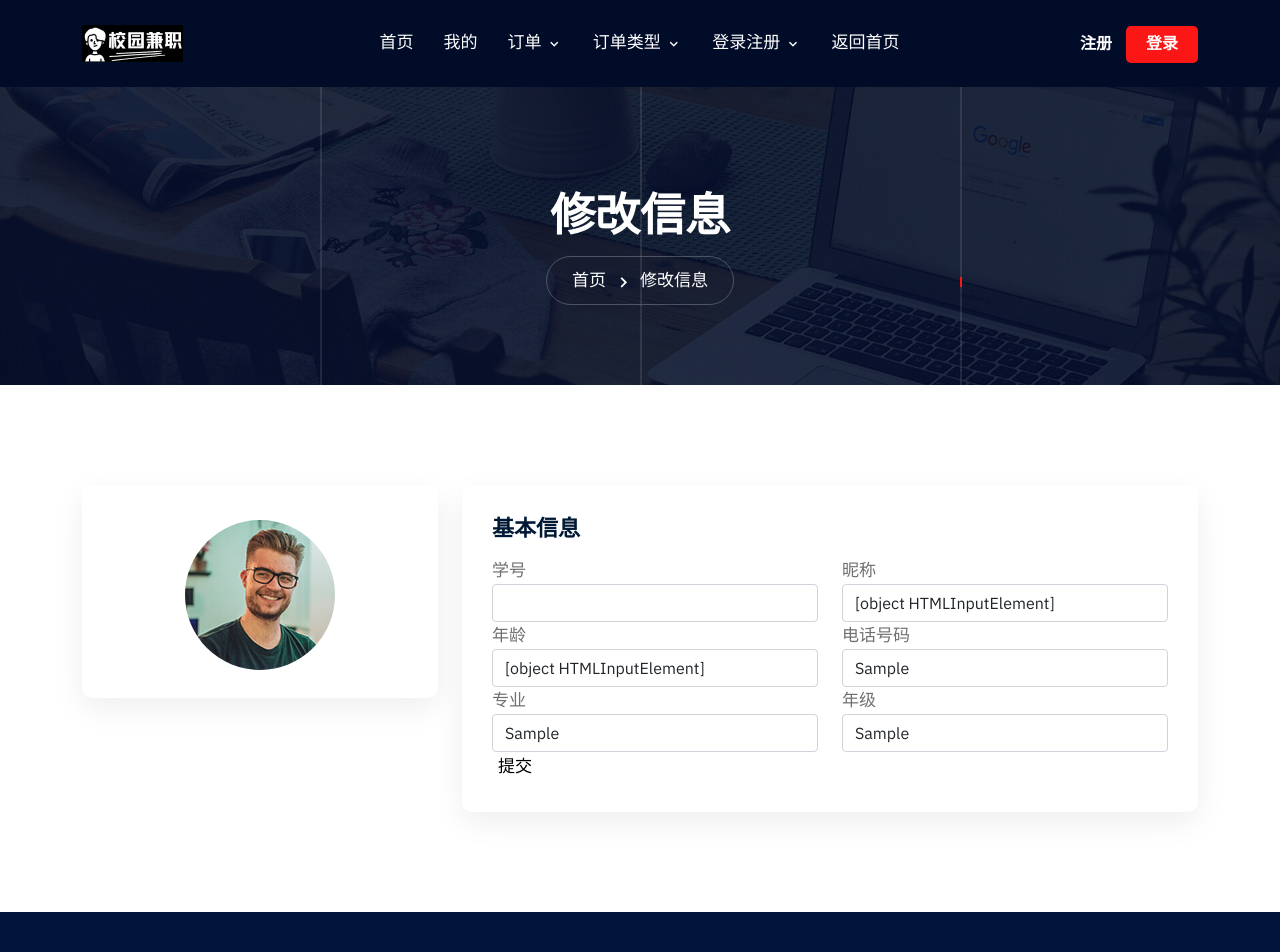
Repository: Aliceonly/Co-DecentralizedApplication
Page: html/change_user.html
The author's editor kept a copy of each file at every save. The page is drawn from the files as they stood at one save, then again after a run of saves.
The browser window is 1280 px wide. The pictures show the whole page.
Empty fields were first filled with sample values (such as "Sample", 5 or name@example.com).
After loading, the first visible `button.account-btn` was clicked once.

Above is the page before, as saved 2022-05-08 18:40:24.
Console error: TypeError: Cannot read properties of null (reading 'Account')

### html/change_user.html
<!doctype html>
<html lang="zxx">
<head>

<meta charset="utf-8">
<meta name="viewport" content="width=device-width, initial-scale=1, shrink-to-fit=no">

<link rel="stylesheet" href="static/css/bootstrap.min.css">

<link rel="stylesheet" href="static/css/owl.carousel.min.css">

<link rel="stylesheet" href="static/css/owl.theme.default.min.css">

<link rel="stylesheet" href="static/css/boxicon.min.css">

<link rel="stylesheet" href="static/css/flaticon.css">

<link rel="stylesheet" href="static/css/magnific-popup.css">

<link rel="stylesheet" href="static/css/meanmenu.css">

<link rel="stylesheet" href="static/css/nice-select.css">

<link rel="stylesheet" href="static/css/style.css">

<link rel="stylesheet" href="static/css/responsive.css">

<link rel="stylesheet" href="../static/css/sweetalert.css">

<title>Jovie - Job Board & Portal HTML Template</title>

</head>
<body>

<div class="loader-content">
<div class="d-table">
<div class="d-table-cell">
<div class="sk-circle">
<div class="sk-circle1 sk-child"></div>
<div class="sk-circle2 sk-child"></div>
<div class="sk-circle3 sk-child"></div>
<div class="sk-circle4 sk-child"></div>
<div class="sk-circle5 sk-child"></div>
<div class="sk-circle6 sk-child"></div>
<div class="sk-circle7 sk-child"></div>
<div class="sk-circle8 sk-child"></div>
<div class="sk-circle9 sk-child"></div>
<div class="sk-circle10 sk-child"></div>
<div class="sk-circle11 sk-child"></div>
<div class="sk-circle12 sk-child"></div>
</div>
</div>
</div>
</div>


<div class="navbar-area">

    <div class="mobile-nav">
        <a href="/" class="logo">
            <img src="static/picture/logo.png" alt="logo">
        </a>
    </div>


    <div class="main-nav">
        <div class="container">
        <nav class="navbar navbar-expand-lg navbar-light">
        <a class="navbar-brand" href="/">
        <img src="static/picture/logo.png" alt="logo">
        </a>
        <div class="collapse navbar-collapse mean-menu" id="navbarSupportedContent">
        <ul    class="navbar-nav m-auto">

        <li class="nav-item">
        <!-- <a href="#" class="nav-link dropdown-toggle active">Home</a> -->
        <li class="nav-item">
            <a href="/" class="nav-link">首页</a>
        </li>
        <li class="nav-item">
            <a href="account" class="nav-link">我的</a>
        </li>


        <li class="nav-item">
        <a href="#" class="nav-link dropdown-toggle">订单</a>
        <ul class="dropdown-menu">
        <li class="nav-item">
        <a href="/" class="nav-link">查看订单</a>
        </li>
        <li class="nav-item">
        <a href="post_job" class="nav-link">发布订单</a>
        </li>
        </ul>
        </li>
        <li class="nav-item">
        <a href="#" class="nav-link dropdown-toggle">订单类型</a>
        <ul class="dropdown-menu">
        <li class="nav-item">
        <a href="detail_campus" class="nav-link">校园兼职</a>
        </li>
        <li class="nav-item">
        <a href="detail_qukuilySend" class="nav-link">校园跑腿</a>
        </li>
        <li class="nav-item">
        <a href="detail_shared" class="nav-link">共享服务</a>
        </li>
        </ul>
        </li>

        <li id="in_up" class="nav-item">
        <a href="#" class="nav-link dropdown-toggle">登录注册</a>
        <ul class="dropdown-menu">
        <li class="nav-item">
        <a href="sign_in" class="nav-link">登录</a>
        </li>
        <li class="nav-item">
        <a href="sign_up" class="nav-link">注册</a>
        </li>
        <li class="nav-item">
        <!-- <a href="blog-details.html" class="nav-link">Blog Details</a> -->
        </li>
        </ul>
        </li>


        <li class="nav-item">
        <a href="/" class="nav-link">返回首页</a>
        </li>
        <!-- <li class="nav-item"> -->
        <!-- <a href="contact.html" class="nav-link">Contact Us</a> -->
        <!-- </li> -->
        </ul>


        <div class="other-option">
        <a href="sign_up" class="signup-btn">注册</a>
        <a href="sign_in" class="signin-btn">登录</a>
        </div>
        </div>
        </nav>
        </div>
        </div>
        </div>

        <section style="padding-bottom: 30px;" class="page-title title-bg12">
            <div style="position: relative;top: -50px;" class="d-table">
                <div class="d-table-cell">
                    <h2>修改信息</h2>
                    <ul>
                        <li>
                            <a href="/">首页</a>
                        </li>
                        <li>修改信息</li>
                    </ul>
                </div>
            </div>
            <div   class="lines">
                <div class="line"></div>
                <div class="line"></div>
                <div class="line"></div>
            </div>
        </section>

<section class="account-section ptb-100">
<div class="container">
<div class="row">
<div class="col-md-4">
<div class="account-information">
<div style="position: relative;top: 15px;" class="profile-thumb">
<img src="static/picture/account.jpg" alt="account holder image">
<h6 id="Account"></h6>
</div>
</div>
</div>
<div class="col-md-8">
<div class="account-details">
<h3>基本信息</h3>
<!-- <form class="basic-info"> -->
<div class="row">
<div class="col-md-6">
<div class="form-group">
 <label>学号</label>
<input type="number" class="form-control" id="Sid">
</div>
</div>
<div class="col-md-6">
<div class="form-group">
<label>昵称</label>
<input type="text" class="form-control"  id="Sname">
</div>
</div>
<div class="col-md-6">
<div class="form-group">
<label>年龄</label>
<input type="text" class="form-control" id="Sage" >
</div>
</div>
<div class="col-md-6">
<div class="form-group">
<label>电话号码</label>
<input type="text" class="form-control" id="Tele">
</div>
</div>
<div class="col-md-6">
<div class="form-group">
<label>专业</label>
<input type="text" class="form-control" id="Major">
</div>
</div>
<div class="col-md-6">
<div class="form-group">
<label>年级</label>
<input type="text" class="form-control" id="Grade">
</div>
</div>
<div class="col-md-12">
<button onclick="change_user_info()" class="account-btn">提交</button>
</div>
</div>
<!-- </form> -->
</div>
</div>
</div>
</div>
</section>


<div class="copyright-text text-center">
<p> <a target="_blank" href="https://sc.chinaz.com/moban/"> </a></p>
</div>


<div class="top-btn">
<i class='bx bx-chevrons-up bx-fade-up'></i>
</div>


<script data-cfasync="false" src="../static/js/email-decode.min.js"></script><script src="../static/js/jquery.min.js"></script>
<script src="../static/js/bootstrap.bundle.min.js"></script>

<script src="../static/js/owl.carousel.min.js"></script>

<script src="../static/js/jquery.nice-select.min.js"></script>

<script src="../static/js/jquery.magnific-popup.min.js"></script>

<script src="../static/js/jquery.ajaxchimp.min.js"></script>

<script src="../static/js/form-validator.min.js"></script>

<script src="../static/js/contact-form-script.js"></script>

<script src="../static/js/meanmenu.js"></script>

<script src="../static/js/custom.js"></script>

<script src="../static/web3.js/change_user.js"></script>

<script src="../static/js/sweetalert.min.js"></script>
</body>
</html>

### static/css/flaticon.css
@font-face{font-family:flaticon;src:url(../font/Flaticon.eot);src:url(../font/Flaticon.eot) format("embedded-opentype"),url(../font/Flaticon.woff2) format("woff2"),url(../font/Flaticon.woff) format("woff"),url(https://templates.hibootstrap.com/jovie/default/assets/fonts/flaticon/Flaticon.ttf) format("truetype"),url(https://templates.hibootstrap.com/jovie/default/assets/fonts/flaticon/Flaticon.svg) format("svg");font-weight:400;font-style:normal}@media screen and (-webkit-min-device-pixel-ratio:0){@font-face{font-family:flaticon;src:url(https://templates.hibootstrap.com/jovie/default/assets/fonts/flaticon/Flaticon.svg) format("svg")}}[class^=flaticon-]:before,[class*=" flaticon-"]:before,[class^=flaticon-]:after,[class*=" flaticon-"]:after{font-family:Flaticon;font-style:normal}.flaticon-accounting:before{content:"\f100"}.flaticon-graduation-cap:before{content:"\f101"}.flaticon-wrench-and-screwdriver-in-cross:before{content:"\f102"}.flaticon-consultation:before{content:"\f103"}.flaticon-heart:before{content:"\f104"}.flaticon-computer:before{content:"\f105"}.flaticon-worker:before{content:"\f106"}.flaticon-auction:before{content:"\f107"}.flaticon-website:before{content:"\f108"}.flaticon-recruitment:before{content:"\f109"}.flaticon-login:before{content:"\f10a"}.flaticon-group:before{content:"\f10b"}.flaticon-discussion:before{content:"\f10c"}.flaticon-research:before{content:"\f10d"}.flaticon-user:before{content:"\f10e"}.flaticon-left-quotes-sign:before{content:"\f10f"}.flaticon-resume:before{content:"\f110"}.flaticon-employee:before{content:"\f111"}.flaticon-portfolio:before{contesignin-form

### static/web3.js/change_user.js
data = JSON.parse(sessionStorage.getItem('QueryUser'));
console.log(data);
Account = data.Account
Sid = data.Sid
Sname= data.Sname
Sage = data.Sage
Telephone = data.Telephone
Major = data.Major
Grade = data.Grade
document.getElementById("Account").innerHTML = Account;
document.getElementById("Sid").value=Sid
document.getElementById("Sname").value=Sname
document.getElementById("Sage").value=Sage
document.getElementById("Tele").value=Telephone
document.getElementById("Major").value=Major
document.getElementById("Grade").value=Grade

function change_user_info() {
    document.getElementById("Account").innerHTML ;
    document.getElementById("Sid").value=Sid
    document.getElementById("Sname").value=Sname
    document.getElementById("Sage").value=Sage
    document.getElementById("Tele").value=Telephone
    document.getElementById("Major").value=Major
    document.getElementById("Grade").value=Grade
    $.ajax({
        method: "post",
        url: "http://localhost:8080/dapp/change_user_info",
        data: { Account: Account, Sid: Sid, Sname: Sname, Sage: Sage, Telephone: Telephone, Major: Major, Grade: Grade},
        success: function (data) {
            if(data.data==1){
                swal("Good!", "修改成功", "success");
            }
        },
        error: function (data) {
            console.log("error====>", error)
            console.log("error data===>", data)
        }
    })
}

### static/css/css.css
/* tamil */
@font-face {
  font-family: 'Catamaran';
  font-style: normal;
  font-weight: 400;
  font-display: swap;
  src: url(../font/o-0IIpQoyXQa2RxT7-5r8zRAW_0.woff2) format('woff2');
  unicode-range: U+0964-0965, U+0B82-0BFA, U+200C-200D, U+20B9, U+25CC;
}
/* latin-ext */
@font-face {
  font-family: 'Catamaran';
  font-style: normal;
  font-weight: 400;
  font-display: swap;
  src: url(../font/o-0IIpQoyXQa2RxT7-5r6zRAW_0.woff2) format('woff2');
  unicode-range: U+0100-024F, U+0259, U+1E00-1EFF, U+2020, U+20A0-20AB, U+20AD-20CF, U+2113, U+2C60-2C7F, U+A720-A7FF;
}
/* latin */
@font-face {
  font-family: 'Catamaran';
  font-style: normal;
  font-weight: 400;
  font-display: swap;
  src: url(../font/o-0IIpQoyXQa2RxT7-5r5TRA.woff2) format('woff2');
  unicode-range: U+0000-00FF, U+0131, U+0152-0153, U+02BB-02BC, U+02C6, U+02DA, U+02DC, U+2000-206F, U+2074, U+20AC, U+2122, U+2191, U+2193, U+2212, U+2215, U+FEFF, U+FFFD;
}
/* tamil */
@font-face {
  font-family: 'Catamaran';
  font-style: normal;
  font-weight: 600;
  font-display: swap;
  src: url(../font/o-0IIpQoyXQa2RxT7-5r8zRAW_0.woff2) format('woff2');
  unicode-range: U+0964-0965, U+0B82-0BFA, U+200C-200D, U+20B9, U+25CC;
}
/* latin-ext */
@font-face {
  font-family: 'Catamaran';
  font-style: normal;
  font-weight: 600;
  font-display: swap;
  src: url(../font/o-0IIpQoyXQa2RxT7-5r6zRAW_0.woff2) format('woff2');
  unicode-range: U+0100-024F, U+0259, U+1E00-1EFF, U+2020, U+20A0-20AB, U+20AD-20CF, U+2113, U+2C60-2C7F, U+A720-A7FF;
}
/* latin */
@font-face {
  font-family: 'Catamaran';
  font-style: normal;
  font-weight: 600;
  font-display: swap;
  src: url(../font/o-0IIpQoyXQa2RxT7-5r5TRA.woff2) format('woff2');
  unicode-range: U+0000-00FF, U+0131, U+0152-0153, U+02BB-02BC, U+02C6, U+02DA, U+02DC, U+2000-206F, U+2074, U+20AC, U+2122, U+2191, U+2193, U+2212, U+2215, U+FEFF, U+FFFD;
}
/* cyrillic-ext */
@font-face {
  font-family: 'IBM Plex Sans';
  font-style: italic;
  font-weight: 500;
  font-display: swap;
  src: url(../font/zYX7KVElMYYaJe8bpLHnCwDKhdTm5IVce_fuNmo.woff2) format('woff2');
  unicode-range: U+0460-052F, U+1C80-1C88, U+20B4, U+2DE0-2DFF, U+A640-A69F, U+FE2E-FE2F;
}
/* cyrillic */
@font-face {
  font-family: 'IBM Plex Sans';
  font-style: italic;
  font-weight: 500;
  font-display: swap;
  src: url(../font/zYX7KVElMYYaJe8bpLHnCwDKhdTm5IVccvfuNmo.woff2) format('woff2');
  unicode-range: U+0400-045F, U+0490-0491, U+04B0-04B1, U+2116;
}
/* greek */
@font-face {
  font-family: 'IBM Plex Sans';
  font-style: italic;
  font-weight: 500;
  font-display: swap;
  src: url(../font/zYX7KVElMYYaJe8bpLHnCwDKhdTm5IVcdffuNmo.woff2) format('woff2');
  unicode-range: U+0370-03FF;
}
/* vietnamese */
@font-face {
  font-family: 'IBM Plex Sans';
  font-style: italic;
  font-weight: 500;
  font-display: swap;
  src: url(../font/zYX7KVElMYYaJe8bpLHnCwDKhdTm5IVceffuNmo.woff2) format('woff2');
  unicode-range: U+0102-0103, U+0110-0111, U+0128-0129, U+0168-0169, U+01A0-01A1, U+01AF-01B0, U+1EA0-1EF9, U+20AB;
}
/* latin-ext */
@font-face {
  font-family: 'IBM Plex Sans';
  font-style: italic;
  font-weight: 500;
  font-display: swap;
  src: url(../font/zYX7KVElMYYaJe8bpLHnCwDKhdTm5IVcePfuNmo.woff2) format('woff2');
  unicode-range: U+0100-024F, U+0259, U+1E00-1EFF, U+2020, U+20A0-20AB, U+20AD-20CF, U+2113, U+2C60-2C7F, U+A720-A7FF;
}
/* latin */
@font-face {
  font-family: 'IBM Plex Sans';
  font-style: italic;
  font-weight: 500;
  font-display: swap;
  src: url(../font/zYX7KVElMYYaJe8bpLHnCwDKhdTm5IVcdvfu.woff2) format('woff2');
  unicode-range: U+0000-00FF, U+0131, U+0152-0153, U+02BB-02BC, U+02C6, U+02DA, U+02DC, U+2000-206F, U+2074, U+20AC, U+2122, U+2191, U+2193, U+2212, U+2215, U+FEFF, U+FFFD;
}
/* cyrillic-ext */
@font-face {
  font-family: 'IBM Plex Sans';
  font-style: normal;
  font-weight: 400;
  font-display: swap;
  src: url(../font/zYXgKVElMYYaJe8bpLHnCwDKhdzeFb5N.woff2) format('woff2');
  unicode-range: U+0460-052F, U+1C80-1C88, U+20B4, U+2DE0-2DFF, U+A640-A69F, U+FE2E-FE2F;
}
/* cyrillic */
@font-face {
  font-family: 'IBM Plex Sans';
  font-style: normal;
  font-weight: 400;
  font-display: swap;
  src: url(../font/zYXgKVElMYYaJe8bpLHnCwDKhdXeFb5N.woff2) format('woff2');
  unicode-range: U+0400-045F, U+0490-0491, U+04B0-04B1, U+2116;
}
/* greek */
@font-face {
  font-family: 'IBM Plex Sans';
  font-style: normal;
  font-weight: 400;
  font-display: swap;
  src: url(../font/zYXgKVElMYYaJe8bpLHnCwDKhdLeFb5N.woff2) format('woff2');
  unicode-range: U+0370-03FF;
}
/* vietnamese */
@font-face {
  font-family: 'IBM Plex Sans';
  font-style: normal;
  font-weight: 400;
  font-display: swap;
  src: url(../font/zYXgKVElMYYaJe8bpLHnCwDKhd7eFb5N.woff2) format('woff2');
  unicode-range: U+0102-0103, U+0110-0111, U+0128-0129, U+0168-0169, U+01A0-01A1, U+01AF-01B0, U+1EA0-1EF9, U+20AB;
}
/* latin-ext */
@font-face {
  font-family: 'IBM Plex Sans';
  font-style: normal;
  font-weight: 400;
  font-display: swap;
  src: url(../font/zYXgKVElMYYaJe8bpLHnCwDKhd_eFb5N.woff2) format('woff2');
  unicode-range: U+0100-024F, U+0259, U+1E00-1EFF, U+2020, U+20A0-20AB, U+20AD-20CF, U+2113, U+2C60-2C7F, U+A720-A7FF;
}
/* latin */
@font-face {
  font-family: 'IBM Plex Sans';
  font-style: normal;
  font-weight: 400;
  font-display: swap;
  src: url(../font/zYXgKVElMYYaJe8bpLHnCwDKhdHeFQ.woff2) format('woff2');
  unicode-range: U+0000-00FF, U+0131, U+0152-0153, U+02BB-02BC, U+02C6, U+02DA, U+02DC, U+2000-206F, U+2074, U+20AC, U+2122, U+2191, U+2193, U+2212, U+2215, U+FEFF, U+FFFD;
}
/* cyrillic-ext */
@font-face {
  font-family: 'IBM Plex Sans';
  font-style: normal;
  font-weight: 500;
  font-display: swap;
  src: url(../font/zYX9KVElMYYaJe8bpLHnCwDKjSL9AIxsdO_q.woff2) format('woff2');
  unicode-range: U+0460-052F, U+1C80-1C88, U+20B4, U+2DE0-2DFF, U+A640-A69F, U+FE2E-FE2F;
}
/* cyrillic */
@font-face {
  font-family: 'IBM Plex Sans';
  font-style: normal;
  font-weight: 500;
  font-display: swap;
  src: url(../font/zYX9KVElMYYaJe8bpLHnCwDKjSL9AIVsdO_q.woff2) format('woff2');
  unicode-range: U+0400-045F, U+0490-0491, U+04B0-04B1, U+2116;
}
/* greek */
@font-face {
  font-family: 'IBM Plex Sans';
  font-style: normal;
  font-weight: 500;
  font-display: swap;
  src: url(../font/zYX9KVElMYYaJe8bpLHnCwDKjSL9AIJsdO_q.woff2) format('woff2');
  unicode-range: U+0370-03FF;
}
/* vietnamese */
@font-face {
  font-family: 'IBM Plex Sans';
  font-style: normal;
  font-weight: 500;
  font-display: swap;
  src: url(../font/zYX9KVElMYYaJe8bpLHnCwDKjSL9AI5sdO_q.woff2) format('woff2');
  unicode-range: U+0102-0103, U+0110-0111, U+0128-0129, U+0168-0169, U+01A0-01A1, U+01AF-01B0, U+1EA0-1EF9, U+20AB;
}
/* latin-ext */
@font-face {
  font-family: 'IBM Plex Sans';
  font-style: normal;
  font-weight: 500;
  font-display: swap;
  src: url(../font/zYX9KVElMYYaJe8bpLHnCwDKjSL9AI9sdO_q.woff2) format('woff2');
  unicode-range: U+0100-024F, U+0259, U+1E00-1EFF, U+2020, U+20A0-20AB, U+20AD-20CF, U+2113, U+2C60-2C7F, U+A720-A7FF;
}
/* latin */
@font-face {
  font-family: 'IBM Plex Sans';
  font-style: normal;
  font-weight: 500;
  font-display: swap;
  src: url(../font/zYX9KVElMYYaJe8bpLHnCwDKjSL9AIFsdA.woff2) format('woff2');
  unicode-range: U+0000-00FF, U+0131, U+0152-0153, U+02BB-02BC, U+02C6, U+02DA, U+02DC, U+2000-206F, U+2074, U+20AC, U+2122, U+2191, U+2193, U+2212, U+2215, U+FEFF, U+FFFD;
}
/* cyrillic-ext */
@font-face {
  font-family: 'IBM Plex Sans';
  font-style: normal;
  font-weight: 600;
  font-display: swap;
  src: url(../font/zYX9KVElMYYaJe8bpLHnCwDKjQ76AIxsdO_q.woff2) format('woff2');
  unicode-range: U+0460-052F, U+1C80-1C88, U+20B4, U+2DE0-2DFF, U+A640-A69F, U+FE2E-FE2F;
}
/* cyrillic */
@font-face {
  font-family: 'IBM Plex Sans';
  font-style: normal;
  font-weight: 600;
  font-display: swap;
  src: url(../font/zYX9KVElMYYaJe8bpLHnCwDKjQ76AIVsdO_q.woff2) format('woff2');
  unicode-range: U+0400-045F, U+0490-0491, U+04B0-04B1, U+2116;
}
/* greek */
@font-face {
  font-family: 'IBM Plex Sans';
  font-style: normal;
  font-weight: 600;
  font-display: swap;
  src: url(../font/zYX9KVElMYYaJe8bpLHnCwDKjQ76AIJsdO_q.woff2) format('woff2');
  unicode-range: U+0370-03FF;
}
/* vietnamese */
@font-face {
  font-family: 'IBM Plex Sans';
  font-style: normal;
  font-weight: 600;
  font-display: swap;
  src: url(../font/zYX9KVElMYYaJe8bpLHnCwDKjQ76AI5sdO_q.woff2) format('woff2');
  unicode-range: U+0102-0103, U+0110-0111, U+0128-0129, U+0168-0169, U+01A0-01A1, U+01AF-01B0, U+1EA0-1EF9, U+20AB;
}
/* latin-ext */
@font-face {
  font-family: 'IBM Plex Sans';
  font-style: normal;
  font-weight: 600;
  font-display: swap;
  src: url(../font/zYX9KVElMYYaJe8bpLHnCwDKjQ76AI9sdO_q.woff2) format('woff2');
  unicode-range: U+0100-024F, U+0259, U+1E00-1EFF, U+2020, U+20A0-20AB, U+20AD-20CF, U+2113, U+2C60-2C7F, U+A720-A7FF;
}
/* latin */
@font-face {
  font-family: 'IBM Plex Sans';
  font-style: normal;
  font-weight: 600;
  font-display: swap;
  src: url(../font/zYX9KVElMYYaJe8bpLHnCwDKjQ76AIFsdA.woff2) format('woff2');
  unicode-range: U+0000-00FF, U+0131, U+0152-0153, U+02BB-02BC, U+02C6, U+02DA, U+02DC, U+2000-206F, U+2074, U+20AC, U+2122, U+2191, U+2193, U+2212, U+2215, U+FEFF, U+FFFD;
}
/* cyrillic-ext */
@font-face {
  font-family: 'IBM Plex Sans';
  font-style: normal;
  font-weight: 700;
  font-display: swap;
  src: url(../font/zYX9KVElMYYaJe8bpLHnCwDKjWr7AIxsdO_q.woff2) format('woff2');
  unicode-range: U+0460-052F, U+1C80-1C88, U+20B4, U+2DE0-2DFF, U+A640-A69F, U+FE2E-FE2F;
}
/* cyrillic */
@font-face {
  font-family: 'IBM Plex Sans';
  font-style: normal;
  font-weight: 700;
  font-display: swap;
  src: url(../font/zYX9KVElMYYaJe8bpLHnCwDKjWr7AIVsdO_q.woff2) format('woff2');
  unicode-range: U+0400-045F, U+0490-0491, U+04B0-04B1, U+2116;
}
/* greek */
@font-face {
  font-family: 'IBM Plex Sans';
  font-style: normal;
  font-weight: 700;
  font-display: swap;
  src: url(../font/zYX9KVElMYYaJe8bpLHnCwDKjWr7AIJsdO_q.woff2) format('woff2');
  unicode-range: U+0370-03FF;
}
/* vietnamese */
@font-face {
  font-family: 'IBM Plex Sans';
  font-style: normal;
  font-weight: 700;
  font-display: swap;
  src: url(../font/zYX9KVElMYYaJe8bpLHnCwDKjWr7AI5sdO_q.woff2) format('woff2');
  unicode-range: U+0102-0103, U+0110-0111, U+0128-0129, U+0168-0169, U+01A0-01A1, U+01AF-01B0, U+1EA0-1EF9, U+20AB;
}
/* latin-ext */
@font-face {
  font-family: 'IBM Plex Sans';
  font-style: normal;
  font-weight: 700;
  font-display: swap;
  src: url(../font/zYX9KVElMYYaJe8bpLHnCwDKjWr7AI9sdO_q.woff2) format('woff2');
  unicode-range: U+0100-024F, U+0259, U+1E00-1EFF, U+2020, U+20A0-20AB, U+20AD-20CF, U+2113, U+2C60-2C7F, U+A720-A7FF;
}
/* latin */
@font-face {
  font-family: 'IBM Plex Sans';
  font-style: normal;
  font-weight: 700;
  font-display: swap;
  src: url(../font/zYX9KVElMYYaJe8bpLHnCwDKjWr7AIFsdA.woff2) format('woff2');
  unicode-range: U+0000-00FF, U+0131, U+0152-0153, U+02BB-02BC, U+02C6, U+02DA, U+02DC, U+2000-206F, U+2074, U+20AC, U+2122, U+2191, U+2193, U+2212, U+2215, U+FEFF, U+FFFD;
}

Loaded but not shown: static/css/bootstrap.min.css (library); static/css/owl.carousel.min.css (library); static/css/owl.theme.default.min.css (common file); static/css/boxicon.min.css (library); static/css/magnific-popup.css (library); static/css/meanmenu.css (library); static/css/nice-select.css (common file); static/css/style.css (library); static/css/responsive.css (library); static/js/email-decode.min.js (common file); static/js/jquery.min.js (library); static/js/bootstrap.bundle.min.js (library); static/js/owl.carousel.min.js (library); static/js/jquery.nice-select.min.js (common file); static/js/jquery.magnific-popup.min.js (library); static/js/jquery.ajaxchimp.min.js (common file); static/js/form-validator.min.js (library); static/js/meanmenu.js (library); static/js/sweetalert.min.js (library); static/js/custom.js (12 lines, source omitted); static/js/contact-form-script.js (1 lines, source omitted); static/css/sweetalert.css (715 lines, source omitted)

After the next 11 saves:
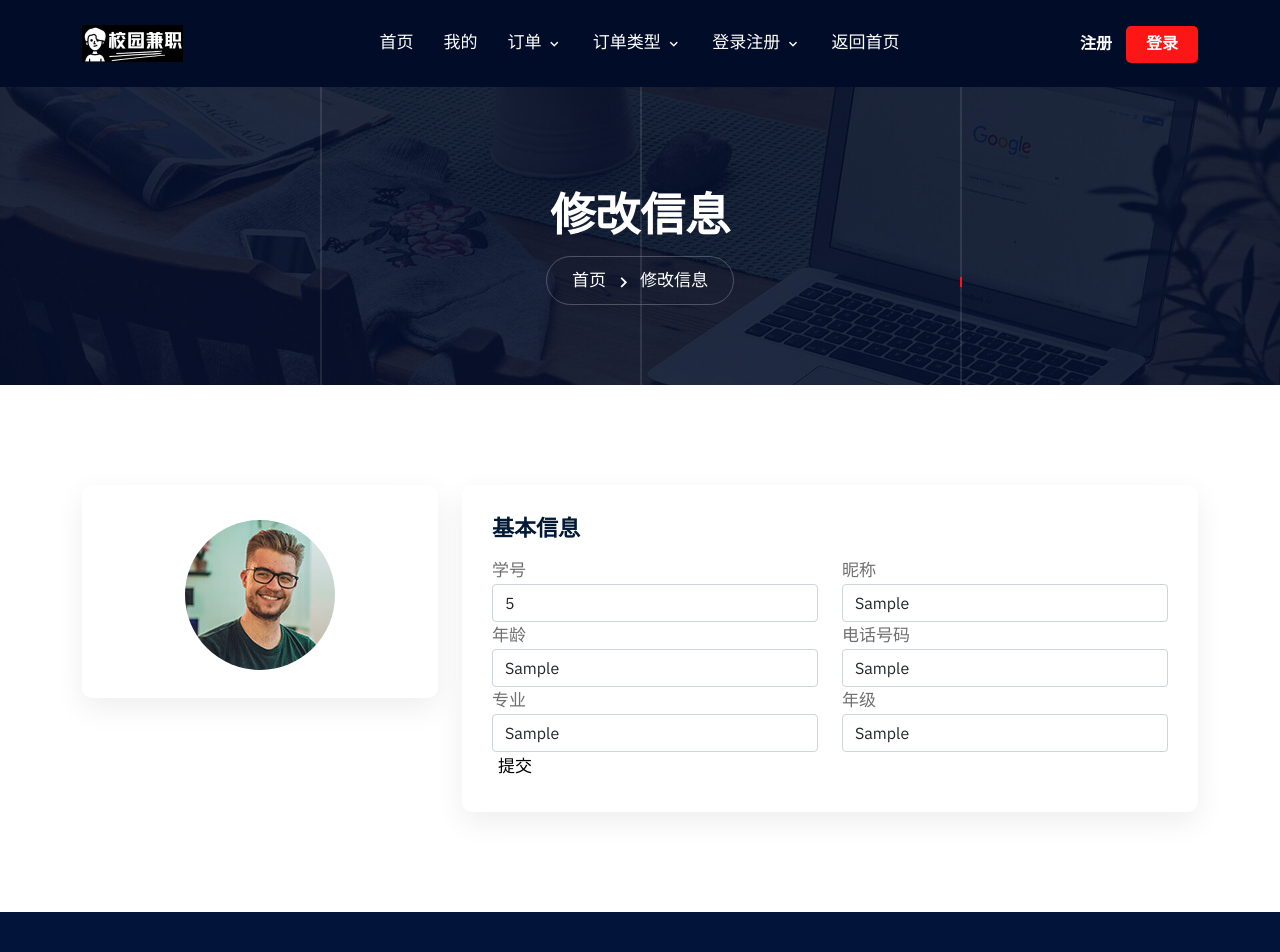
The 11 saves are shown as one change because they came seconds apart.
The last was saved 50 s later.
--- a/static/web3.js/change_user.js
+++ b/static/web3.js/change_user.js
@@ -16,13 +16,14 @@ document.getElementById("Major").value=Major
 document.getElementById("Grade").value=Grade
 
 function change_user_info() {
-    document.getElementById("Account").innerHTML ;
-    document.getElementById("Sid").value=Sid
-    document.getElementById("Sname").value=Sname
-    document.getElementById("Sage").value=Sage
-    document.getElementById("Tele").value=Telephone
-    document.getElementById("Major").value=Major
-    document.getElementById("Grade").value=Grade
+    document.getElementById("Account").value=account ;
+    document.getElementById("Sid").value=sid
+    document.getElementById("Sname").value=sname
+    document.getElementById("Sage").value=sage
+    document.getElementById("Tele").value=telephone
+    document.getElementById("Major").value=major
+    document.getElementById("Grade").value=grade
+    console.log
     $.ajax({
         method: "post",
         url: "http://localhost:8080/dapp/change_user_info",
